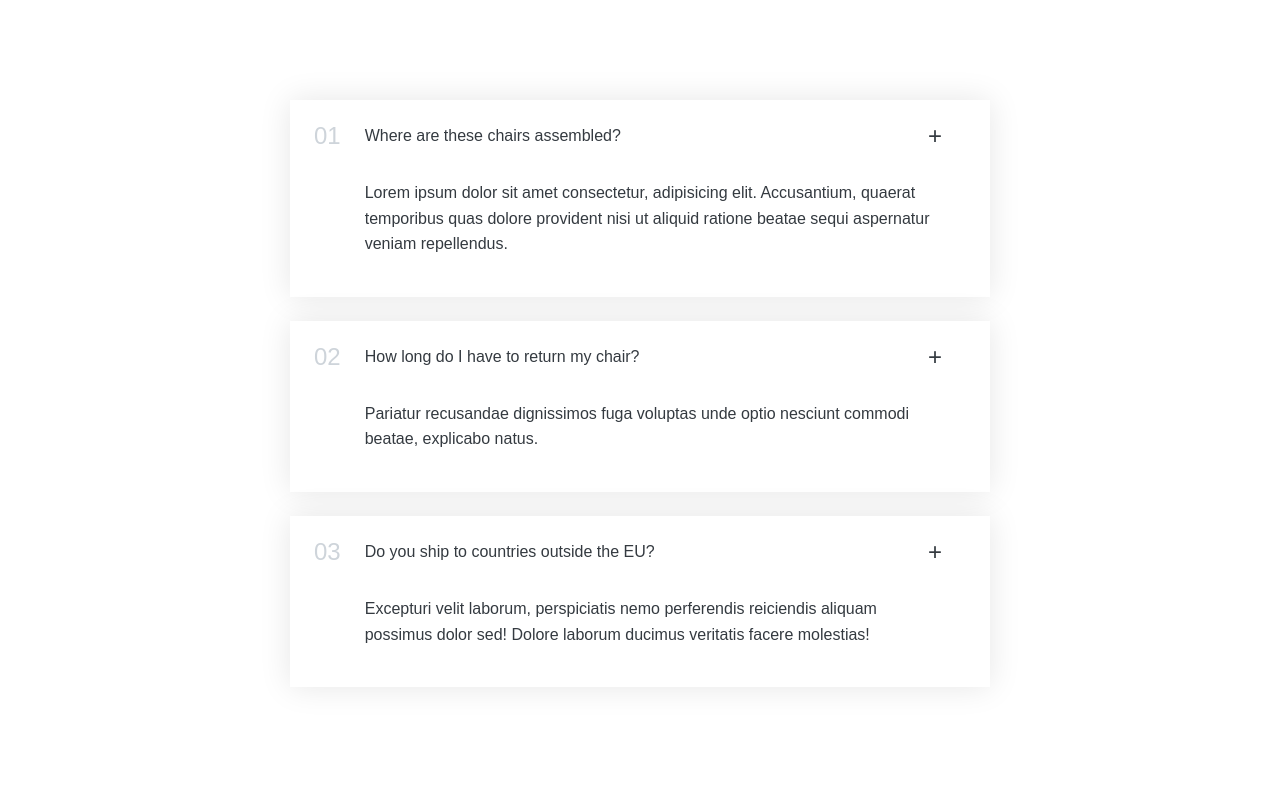
Repository: masamichan/accordion
Page: /
These files come from the project's save history. The page is drawn as it stood at one moment and after the next save; the edit follows.
The browser window is 1280 px wide. The pictures show the whole page.
The project was rebuilt for these pictures with package versions that can differ from the ones it lists, and the page was loaded fresh each time.

Above is the page before, as saved 2024-01-17 15:52:57.

### src/App.js
import { useState } from "react";
import "./styles.css";

const faqs = [
  {
    title: "Where are these chairs assembled?",
    text: "Lorem ipsum dolor sit amet consectetur, adipisicing elit. Accusantium, quaerat temporibus quas dolore provident nisi ut aliquid ratione beatae sequi aspernatur veniam repellendus.",
  },
  {
    title: "How long do I have to return my chair?",
    text: "Pariatur recusandae dignissimos fuga voluptas unde optio nesciunt commodi beatae, explicabo natus.",
  },
  {
    title: "Do you ship to countries outside the EU?",
    text: "Excepturi velit laborum, perspiciatis nemo perferendis reiciendis aliquam possimus dolor sed! Dolore laborum ducimus veritatis facere molestias!",
  },
];

export default function App() {
  return (
    <div>
      <Accordion data={faqs} />
    </div>
  );
}

function Accordion({ data }) {
  return (
    <div className="accordion">
      {data.map((el, i) => (
        <AccordionItem title={el.title} text={el.text} num={i} />
      ))}
    </div>
  );
}

function AccordionItem({ num, title, text }) {
  const [isOpen, setIsOpen] = useState(false);

  function handleToggle() {
    setIsOpen((isOpen) => !isOpen);
  }

  return (
    <div className="item" onclick={handleToggle}>
      <p className="number">{num < 3 ? `0${num + 1}` : num + 1}</p>
      <p className="text">{title}</p>
      <p className="icon">{isOpen ? "-" : "+"}</p>
      <div className="content-box">{text}</div>
    </div>
  );
}

Loaded but not shown: public/index.html (common file); src/index.js (common file); src/styles.css (common file)

After the next save:
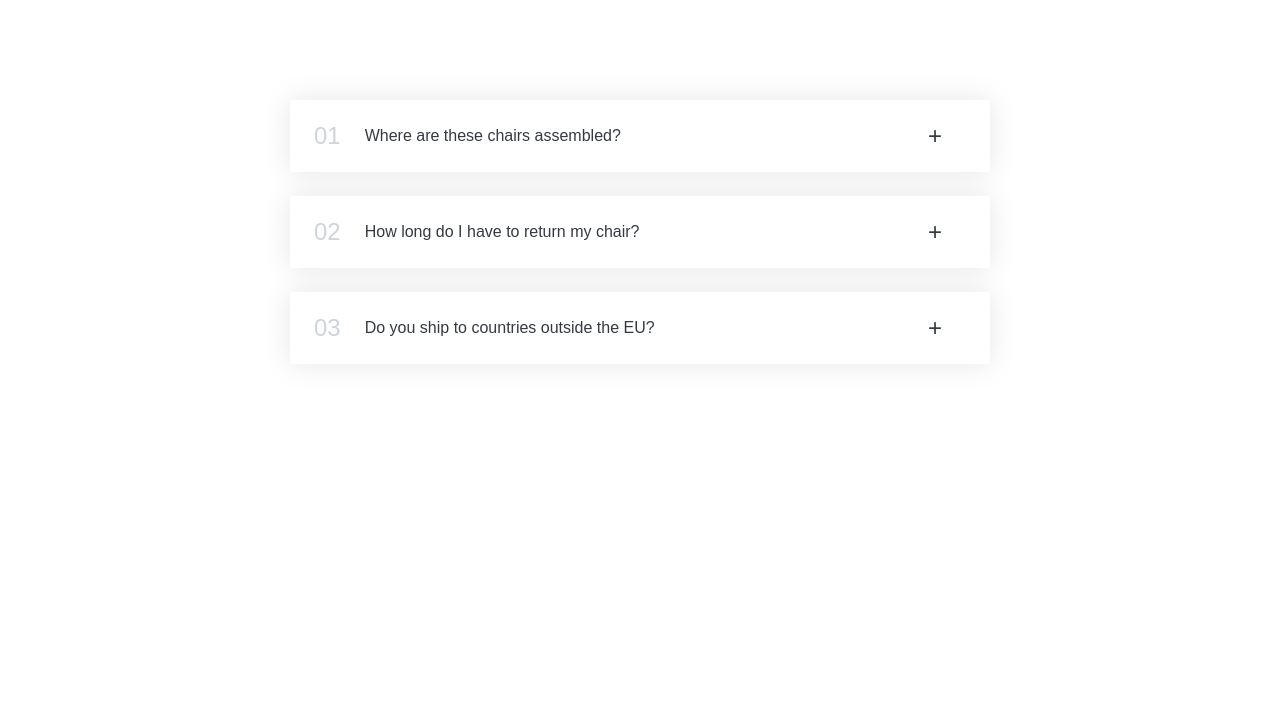
Saved 2 days later.
--- a/src/App.js
+++ b/src/App.js
@@ -46,7 +46,7 @@ function AccordionItem({ num, title, text }) {
       <p className="number">{num < 3 ? `0${num + 1}` : num + 1}</p>
       <p className="text">{title}</p>
       <p className="icon">{isOpen ? "-" : "+"}</p>
-      <div className="content-box">{text}</div>
+      {isOpen && <div className="content-box">{text}</div>}
     </div>
   );
 }
